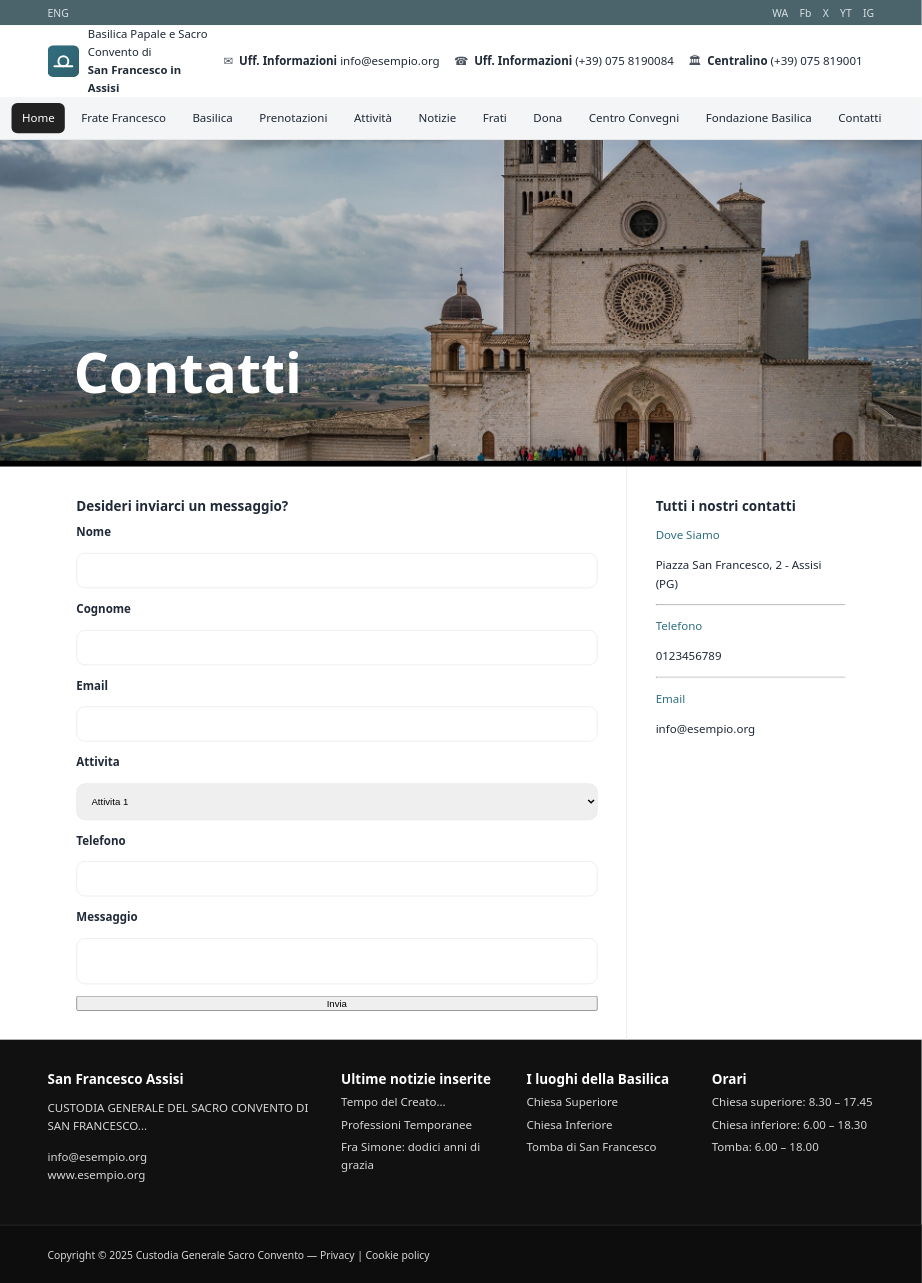
Repository: leacappello/basilica-platform-project
Page: pages/contatti.html
An editor plug-in stored every save of this project. The page is shown before and after the next save, followed by the edit.
The browser window is 1280 px wide. The pictures show the whole page, at 72% of full size.

Above is the page before, as saved 2025-09-17 09:56:05.
Console error (its wording comes from the project's code and is left out).

### pages/contatti.html
<!DOCTYPE html>
<html lang="it" class="no-js">

<head>
    <meta charset="utf-8" />
    <meta name="viewport" content="width=device-width, initial-scale=1" />
    <meta name="description"
        content="Basilica — Portale gemello (look & feel dimostrativo, contenuti e immagini originali)">
    <title>Basilica — Progetto gemello</title>

    <!-- Foglio di stile principale -->
    <link rel="stylesheet" href="../assets/styles.css" />

    <!-- Se JS è attivo, rimuoviamo la classe .no-js (utile per fallback menu) -->
    <script>document.documentElement.classList.remove('no-js');</script>
</head>

<body>

    <!-- ======================================================================
       TOPBAR: lingua + social (banda superiore sottile)
       ====================================================================== -->
    <div class="topbar">
        <div class="container topbar__inner">
            <div class="topbar__lang">
                <a href="#" aria-label="Versione in inglese">ENG</a>
            </div>
            <div class="topbar__social" aria-label="Social">
                <a href="#" aria-label="WhatsApp" title="WhatsApp">WA</a>
                <a href="#" aria-label="Facebook" title="Facebook">Fb</a>
                <a href="#" aria-label="X" title="X">X</a>
                <a href="#" aria-label="YouTube" title="YouTube">YT</a>
                <a href="#" aria-label="Instagram" title="Instagram">IG</a>
            </div>
        </div>
    </div>

    <!-- ======================================================================
       HEADER (masthead): logo + contatti rapidi + hamburger mobile
       Sticky con nav principale subito sotto
       ====================================================================== -->
    <header class="masthead">
        <div class="container masthead__inner">
            <!-- BRAND: logo + denominazione (il logo è decorativo; il nome è testuale) -->
            <a class="brand" href="#home" aria-label="Vai alla Home">
                <img src="images/logo.svg" alt="" class="brand__logo" aria-hidden="true" />
                <span class="brand__name">
                    Basilica Papale e Sacro Convento di<br />
                    <strong>San Francesco in Assisi</strong>
                </span>
            </a>

            <!-- CONTATTI RAPIDI: tre blocchi -->
            <ul class="masthead__contacts" aria-label="Contatti rapidi">
                <li>
                    <span class="ic" aria-hidden="true">✉</span>
                    <div>
                        <strong>Uff. Informazioni</strong>
                        <a href="mailto:info@esempio.org">info@esempio.org</a>
                    </div>
                </li>
                <li>
                    <span class="ic" aria-hidden="true">☎</span>
                    <div>
                        <strong>Uff. Informazioni</strong>
                        <a href="tel:+390758190084">(+39) 075 8190084</a>
                    </div>
                </li>
                <li>
                    <span class="ic" aria-hidden="true">🏛</span>
                    <div>
                        <strong>Centralino</strong>
                        <a href="tel:+39075819001">(+39) 075 819001</a>
                    </div>
                </li>
            </ul>

            <!-- HAMBURGER per mobile -->
            <button id="menu-button" class="menu-button" aria-controls="primary-nav" aria-expanded="false">
                <span class="sr-only">Apri/chiudi menu</span>
                <span aria-hidden="true" class="menu-icon"></span>
            </button>
        </div>

        <!-- NAV PRINCIPALE (mega-nav semplificato con sottomenù a tendina) -->
        <nav id="primary-nav" class="nav" aria-label="Navigazione principale">
            <ul class="nav__root">
                <li class="is-active"><a href="#home">Home</a></li>

                <li class="has-sub">
                    <a href="#frate">Frate Francesco</a>
                    <ul class="nav__sub">
                        <li><a href="#">Storia di un santo</a></li>
                        <li><a href="#">Scritti</a></li>
                    </ul>
                </li>

                <li class="has-sub">
                    <a href="#basilica">Basilica</a>
                    <ul class="nav__sub">
                        <li><a href="#">Chiesa superiore</a></li>
                        <li><a href="#">Chiesa inferiore</a></li>
                        <li><a href="#">Cripta</a></li>
                    </ul>
                </li>

                <li class="has-sub">
                    <a href="#prenotazioni">Prenotazioni</a>
                    <ul class="nav__sub">
                        <li><a href="#">Visite individuali</a></li>
                        <li><a href="#">Gruppi</a></li>
                    </ul>
                </li>

                <li class="has-sub">
                    <a href="#attivita">Attività</a>
                    <ul class="nav__sub">
                        <li><a href="#">Pastorale</a></li>
                        <li><a href="#">Cultura</a></li>
                    </ul>
                </li>

                <li><a href="#notizie">Notizie</a></li>

                <li class="has-sub">
                    <a href="#frati">Frati</a>
                    <ul class="nav__sub">
                        <li><a href="#">Comunità</a></li>
                    </ul>
                </li>

                <li class="has-sub">
                    <a href="#dona">Dona</a>
                    <ul class="nav__sub">
                        <li><a href="#">Come donare</a></li>
                    </ul>
                </li>

                <li><a href="#centro">Centro Convegni</a></li>
                <li><a href="#fondazione">Fondazione Basilica</a></li>
                <li><a href="#contatti">Contatti</a></li>
            </ul>
        </nav>
    </header>

    <!-- ======================================================================
       HERO: slider immagini + titolo
       ====================================================================== -->
    <div class="main-content">

        <section id="home" class="hero" aria-label="Sezione introduttiva">
            <div class="hero__slides">
                <figure class="hero__slide is-active">
                    <img src="../images/hero-1.jpg" alt="Affreschi della Basilica" loading="eager">
                    <figcaption>
                        <h1>Contatti <span class="accent">
                            </span></h1>
                    </figcaption>
                </figure>
            </div>
        </section>
       <!-- sezione contatti -->
        <section>
            <div class="container">
                <div class="container-col">
                    <!-- form contaatti -->
                    <div class="container-form">
                        <h3>Desideri inviarci un messaggio?</h3>
                        <form class="form-container">
                            <!-- nome -->
                            <div class="column">
                                <label for="nome">Nome</label>
                                <input type="text" id="nome" name="nome">
                            </div>
                            <!-- cognome -->
                            <div class="column">
                                <label for="cognome">Cognome</label>
                                <input type="text" id="cognome" name="cognome">
                            </div>
                            <!-- email -->
                            <div class="column">
                                <label for="email">Email</label>
                                <input type="email" id="email" name="email">
                            </div>
                            <!-- select con attività -->
                            <div class="column">
                                <label for="attivita">Attivita</label>
                                <select id="attivita" name="attivita">
                                    <option value="attivita1">Attivita 1</option>
                                    <option value="attivita2">Attivita 2</option>
                                    <option value="attivita3">Attivita 3</option>
                                </select>
                            </div>
                            <!-- telefono -->
                           <div class="column">
                                <label for="telefono">Telefono</label>
                                <input type="tel" id="telefono" name="telefono">
                            </div>
                            <div class="column">
                                <label for="messaggio">Messaggio</label>
                                <textarea id="messaggio" name="messaggio"></textarea>
                            </div>
                            <button type="submit">Invia</button>
                        </form>
                    </div>
                    <!-- informazioni varie -->
                    <div class="container-info">
                        <h3>Tutti i nostri contatti</h3>
                        <p class="accent">Dove Siamo</p>
                        <p>Piazza San Francesco, 2 - Assisi (PG)</p>
                        <hr>
                        <p class="accent">Telefono</p>
                        <p>0123456789</p>
                        <hr>
                        <p class="accent">Email</p>
                        <p>info@esempio.org</p>
                    </div>
                </div>
            </div>
        </section>
       <!-- sezione contatti -->
    </div>


    <!-- ======================================================================
       FOOTER “mega”: 4 colonne + riga legale con anno dinamico
       ====================================================================== -->
    <footer class="site-footer" role="contentinfo">
        <div class="container footer__grid">
            <section>
                <h3 class="footer__title">San Francesco Assisi</h3>
                <p>CUSTODIA GENERALE DEL SACRO CONVENTO DI SAN FRANCESCO...</p>
                <p>
                    <a href="mailto:info@esempio.org">info@esempio.org</a><br>
                    <a href="https://www.esempio.org">www.esempio.org</a>
                </p>
            </section>

            <section>
                <h3 class="footer__title">Ultime notizie inserite</h3>
                <ul class="footer__list">
                    <li><a href="#">Tempo del Creato...</a></li>
                    <li><a href="#">Professioni Temporanee</a></li>
                    <li><a href="#">Fra Simone: dodici anni di grazia</a></li>
                </ul>
            </section>

            <section>
                <h3 class="footer__title">I luoghi della Basilica</h3>
                <ul class="footer__list">
                    <li><a href="#">Chiesa Superiore</a></li>
                    <li><a href="#">Chiesa Inferiore</a></li>
                    <li><a href="#">Tomba di San Francesco</a></li>
                </ul>
            </section>

            <section>
                <h3 class="footer__title">Orari</h3>
                <ul class="footer__list">
                    <li>Chiesa superiore: 8.30 – 17.45</li>
                    <li>Chiesa inferiore: 6.00 – 18.30</li>
                    <li>Tomba: 6.00 – 18.00</li>
                </ul>
            </section>
        </div>

        <div class="footer__legal">
            <div class="container">
                <p>Copyright © <span id="year"></span> Custodia Generale Sacro Convento — <a href="#">Privacy</a> | <a
                        href="#">Cookie policy</a></p>
            </div>
        </div>
    </footer>

    <!-- Script frontend: toggle menu, slider, evidenziazione link, anno -->
    <script src="../assets/script.js"></script>
</body>

</html>

### assets/styles.css
/* ==========================================================================
   STILE PRINCIPALE — Basilica Twin (frontend fedele, leggero, accessibile)
   - Palette teal/slate ispirata
   - Layout con Grid/Flex, breakpoint tablet/mobile
   - Componenti: topbar, masthead, nav con sottomenù, hero+cards, eventi,
                 cards notizie, stats overlay, footer mega
   ========================================================================== */

/* ============== Token / Reset ============== */
:root{
  --bg:#ffffff; --fg:#1f2937; --muted:#6b7280;
  --brand:#3b5961;
  --brand-700:#2f474e;
  --accent:#315f6b;
  --surface:#f5f7f9;
  --border:#e5e7eb;

  --container:1180px;
  --radius:12px;
  --shadow:0 8px 24px rgba(0,0,0,.12);

  --space-2:.5rem; --space-3:.75rem; --space-4:1rem;
  --space-6:1.5rem; --space-8:2rem; --space-10:2.5rem;

  --fs-sm:.9rem; --fs-base:1rem; --fs-lg:1.125rem;
  --fs-xl:1.5rem; --fs-2xl:2rem; --lh:1.6;

  --header-h:64px;
}

*{box-sizing:border-box}
html,body{margin:0}
body{
  font:400 var(--fs-base)/var(--lh) ui-sans-serif,system-ui,-apple-system,"Segoe UI",Roboto,Arial;
  color:var(--fg); background:var(--bg);
}
h1,h2,h3{margin:.25rem 0 var(--space-3); line-height:1.2}
h1{font-size:clamp(2rem,5vw,3rem)}
h2{font-size:clamp(1.5rem,3.5vw,2.25rem)}
a{color:inherit; text-decoration:none}
a:hover{text-decoration:underline}
.muted{color:var(--muted)}
.accent{color:#2f6f80}

.container{max-width:var(--container);margin-inline:auto;padding-inline:var(--space-4)}
.section{padding-block:var(--space-10)}
.sr-only{position:absolute;width:1px;height:1px;overflow:hidden;clip:rect(0,0,0,0);white-space:nowrap}

/* ============== Topbar ============== */
.topbar{background:#4b636b;color:#e6eef1;font-size:var(--fs-sm)}
.topbar__inner{display:flex;justify-content:space-between;align-items:center;padding-block:6px}
.topbar a{color:#e6eef1;opacity:.9}
.topbar a:hover{opacity:1}
.topbar__social a{margin-left:12px}

/* ============== Masthead (logo+contatti+hamburger) ============== */
.masthead{background:#fff;border-bottom:1px solid var(--border);position:sticky;top:0;z-index:30}
.masthead__inner{
  display:grid;grid-template-columns:1fr auto auto;gap:1rem;align-items:center;min-height:var(--header-h)
}
.brand{display:flex;align-items:center;gap:.75rem;text-decoration:none}
.brand__logo{width:44px;height:44px;object-fit:contain}
.brand__name{font-size:.98rem}
.masthead__contacts{list-style:none;display:flex;gap:1.25rem;margin:0;padding:0}
.masthead__contacts li{display:flex;gap:.5rem;align-items:center}
.ic{font-style:normal;opacity:.8}

/* Hamburger (mobile only) */
.menu-button{display:none;background:transparent;border:0;cursor:pointer}
.menu-icon{width:24px;height:2px;background:var(--fg);display:inline-block;position:relative}
.menu-icon::before,.menu-icon::after{content:"";position:absolute;left:0;width:24px;height:2px;background:var(--fg)}
.menu-icon::before{top:-6px}.menu-icon::after{top:6px}

/* ============== Nav (root + submenu) ============== */
.nav{background:#f3f5f6}
.nav__root{display:flex;gap:.5rem;list-style:none;margin:0;padding:.5rem var(--space-4)}
.nav__root>li>a{display:block;padding:.5rem .9rem;border-radius:8px}
.nav__root>li.is-active>a{background:#222;color:#fff}
.nav a[aria-current="page"]{background:#222;color:#fff;border-radius:8px}

/* Sottomenù desktop (hover) */
.has-sub{position:relative}
.has-sub>.nav__sub{
  display:none;position:absolute;left:0;top:calc(100% + 6px);
  min-width:240px;background:#fff;border:1px solid var(--border);
  border-radius:10px;box-shadow:var(--shadow);padding:.5rem
}
.has-sub:hover>.nav__sub{display:block}
.nav__sub{list-style:none;margin:0}
.nav__sub a{display:block;padding:.5rem .75rem;border-radius:6px}
.nav__sub a:hover{background:#f7f7f9}

/* ============== Hero (slider + overlay cards) ============== */
.hero{position:relative;background:#000;color:#fff}
.hero__slides{position:relative;overflow:hidden}
.hero__slide{display:none;margin:0}
.hero__slide.is-active{display:block}
.hero__slide img{width:100%;height:62vh;min-height:420px;object-fit:cover;opacity:.9}
.hero__slide figcaption{position:absolute;left:8%;bottom:16%;max-width:700px}
.hero__slide h1{font-size:clamp(2.5rem,6vw,5rem);font-weight:600}
.pill{
  display:inline-block;margin-top:.75rem;padding:.45rem .9rem;
  background:rgba(255,255,255,.18);border-radius:999px;color:#e9f1f3;font-size:1.25rem
}

/* Controlli slider */
.hero__ctrl{
  position:absolute;top:50%;transform:translateY(-50%);
  background:rgba(0,0,0,.35);color:#fff;border:0;border-radius:999px;
  width:40px;height:40px;cursor:pointer
}
.hero__ctrl.prev{left:14px}
.hero__ctrl.next{right:14px}

/* Overlay 4 card */
.hero__overlay{position:relative}
.hero__cards{
  display:grid;grid-template-columns:repeat(4,1fr);gap:1rem;margin-top:-70px
}
.card{
  background:#526e76;color:#ecf1f3;padding:1.1rem;border-radius:14px;box-shadow:var(--shadow)
}
.card h3{margin:.1rem 0 .35rem}
.card .btn{margin-top:.5rem}

/* ============== Buttons ============== */
.btn{
  display:inline-block;font-weight:600;border:0;border-radius:10px;
  padding:.65rem 1rem;cursor:pointer;text-decoration:none
}
.btn--primary{background:var(--brand);color:#fff}
.btn--primary:hover{background:var(--brand-700)}
.btn--ghost{background:transparent;color:#fff;border:1px solid rgba(255,255,255,.7)}
.btn--ghost:hover{background:rgba(255,255,255,.12)}

/* ============== Eventi a 2 colonne ============== */
.grid-2{display:grid;grid-template-columns:2fr 1.2fr;gap:2rem}
.eyebrow{color:var(--muted);letter-spacing:.06em;text-transform:uppercase;font-size:.85rem}
.media img{width:100%;border-radius:12px}

.events{list-style:none;margin:0;padding:0;display:grid;gap:1rem}
.events li{
  display:grid;grid-template-columns:70px 1fr;gap:1rem;align-items:start;
  border-bottom:1px solid var(--border);padding-bottom:1rem
}
.date{
  width:70px;background:#315f6b;color:#fff;border-radius:8px;
  display:grid;place-items:center;padding:.35rem 0
}
.date span{font-size:1.4rem;font-weight:700;line-height:1}
.date small{opacity:.8}

/* ============== Cards 3 (notizie/progetti) ============== */
.cards-3{display:grid;grid-template-columns:repeat(3,1fr);gap:1.2rem}
.post{
  background:#fff;border:1px solid var(--border);border-radius:12px;
  overflow:hidden;display:flex;flex-direction:column
}
.post img{width:100%;aspect-ratio:16/9;object-fit:cover}
.post__body{padding:1rem;display:grid;gap:.5rem}
.badge{
  display:inline-flex;align-items:center;gap:.5rem;background:#e6eef1;
  border-radius:8px;padding:.25rem .5rem;color:#2f4f59;font-weight:700
}
.post__title{font-weight:700;text-decoration:none}
.readmore{font-weight:600;color:var(--accent);text-decoration:none}

/* ============== Stats (background con overlay scuro fisso) ============== */
.stats{
  background:url('../images/hero-1.jpg') center/cover no-repeat fixed;
  position:relative;color:#e9eef1
}
.stats::before{content:"";position:absolute;inset:0;background:rgba(22,32,41,.65)}
.stats__grid{
  position:relative;display:grid;grid-template-columns:repeat(4,1fr);
  gap:2rem;padding-block:3rem
}
.stats__grid .n{font-size:2.25rem;font-weight:800}

/* ============== Footer “mega” ============== */
.site-footer{background:#111;color:#d6d6d6}
.footer__grid{display:grid;grid-template-columns:2fr 1.2fr 1.2fr 1.2fr;gap:2rem;padding-block:2.5rem}
.footer__title{color:#fff;margin-bottom:.5rem}
.footer__list{list-style:none;margin:0;padding:0;display:grid;gap:.35rem}
.footer__legal{border-top:1px solid #333;background:#0d0d0d;font-size:.9rem}
.footer__legal .container{padding-block:.9rem}
.center{text-align:center}
.mt-4{margin-top:var(--space-4)}

/* ============== Responsive ============== */
@media (max-width: 1024px){
  .masthead__inner{grid-template-columns:1fr auto auto}
  .hero__cards{grid-template-columns:repeat(2,1fr);margin-top:-50px}
  .grid-2{grid-template-columns:1fr}
  .cards-3{grid-template-columns:1fr 1fr}
}
@media (max-width: 768px){
  .masthead__contacts{display:none}
  .menu-button{display:inline-block}
  .nav{display:none}
  .nav[data-open="true"]{display:block}
  .nav__root{flex-direction:column}
  .hero__cards{grid-template-columns:1fr;margin-top:-30px}
  .cards-3{grid-template-columns:1fr}
  .stats__grid{grid-template-columns:1fr 1fr}
}
@media (max-width: 480px){
  .stats__grid{grid-template-columns:1fr}
}

/* ============== No-JS fallback ============== */
.no-js .nav{display:block}

/* ============== Tabella Orari ============== */
.tabella-orari{
  width:100%;
  border-collapse:collapse;
}
.orari th,.orari td{
  padding:.5rem;
  border-bottom:1px solid var(--border);
  text-align: left;
}

.titolo-orari{
  margin-top: 30px; font-size: 1.5rem;
  margin-bottom:.5rem;
  border-bottom:1px solid var(--border);
  padding-bottom:.5rem
}
/* ============== Tabella Orari ============== */


/* ============== contatti ============== */
.container-col{
  display:flex;
}
.container-form{
  width: 70%;
  padding: var(--space-10);
}
.container-info{
  width: 30%;
  padding: var(--space-10);
  border-left: 1px solid var(--border);
}

form{
  display:flex;
  flex-direction: column;
  gap: var(--space-4);
}

input, textarea{
  padding: var(--space-4);
  border-radius: var(--radius);
  border: 1px solid var(--border);
  resize: none;
}

input[type="submit"]{
  background-color: var(--accent);
  color: #fff;
  cursor: pointer;
  width: 100px;
}


select{
  padding: var(--space-4);
  border-radius: var(--radius);
  border: 1px solid var(--border);
}

label{
  display: block;
  font-weight: 600;
  margin-bottom: var(--space-2);
  }

.form-container {
  display: flex;
  flex-direction: column; /* Organizza gli elementi in colonna */
  gap: 1rem; /* Aggiunge spazio tra gli elementi */
  width: 100%; /* Assicura che il contenitore occupi tutta la larghezza disponibile */
}

.column {
  flex: 1; /* Fa sì che le colonne occupino uno spazio uguale */
  display: flex; /* Per permettere il posizionamento dei campi all'interno della colonna */
  flex-direction: column;
  gap: 0.5rem; /* Spazio tra i campi all'interno della colonna */
}

/* ============== contatti ============== */

Loaded but not shown: assets/script.js (113 lines, source omitted)

After the next save:
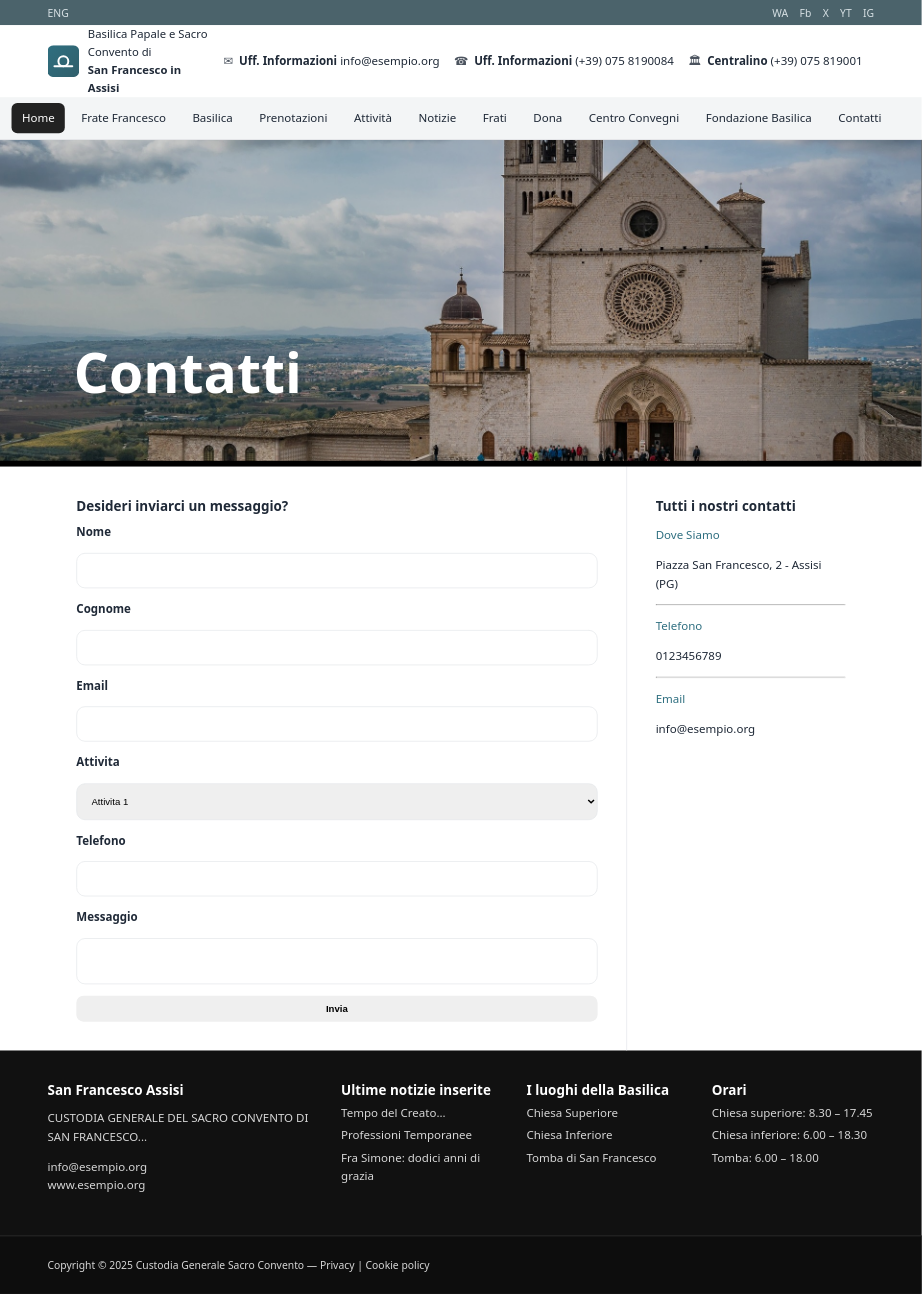
Saved 12 s later.
--- a/pages/contatti.html
+++ b/pages/contatti.html
@@ -200,7 +200,7 @@
                                 <label for="messaggio">Messaggio</label>
                                 <textarea id="messaggio" name="messaggio"></textarea>
                             </div>
-                            <button type="submit">Invia</button>
+                            <button type="submit" class="btn">Invia</button>
                         </form>
                     </div>
                     <!-- informazioni varie -->
